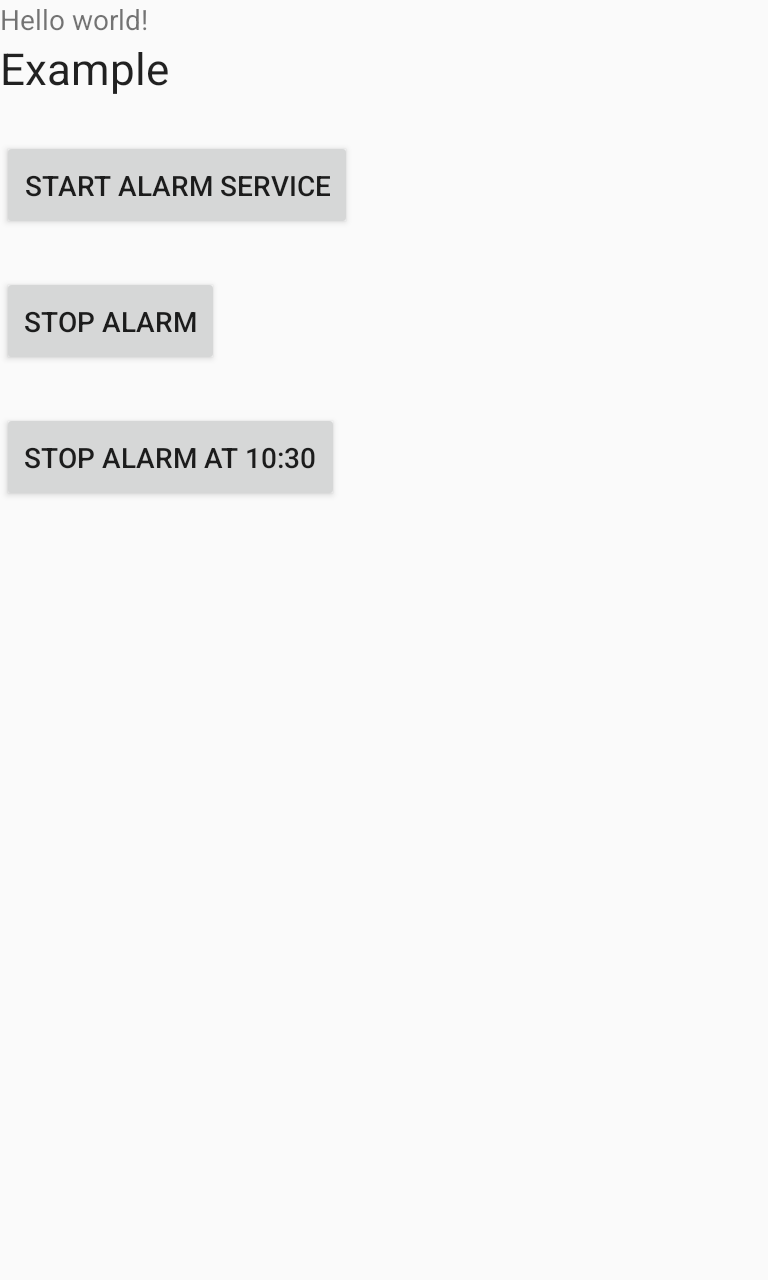
Repository: aludena18/android_apps
Layout: AlarmService/res/layout/activity_main.xml
An editor plug-in stored every save of this project. The layout is shown before and after the next save, followed by the edit.
It is drawn on a 768 x 1280 px phone screen (xhdpi) without system bars, with theme AppTheme; the app's code is not run.

Above is the layout before, as saved 2015-06-26 21:17:15.

After the next save:
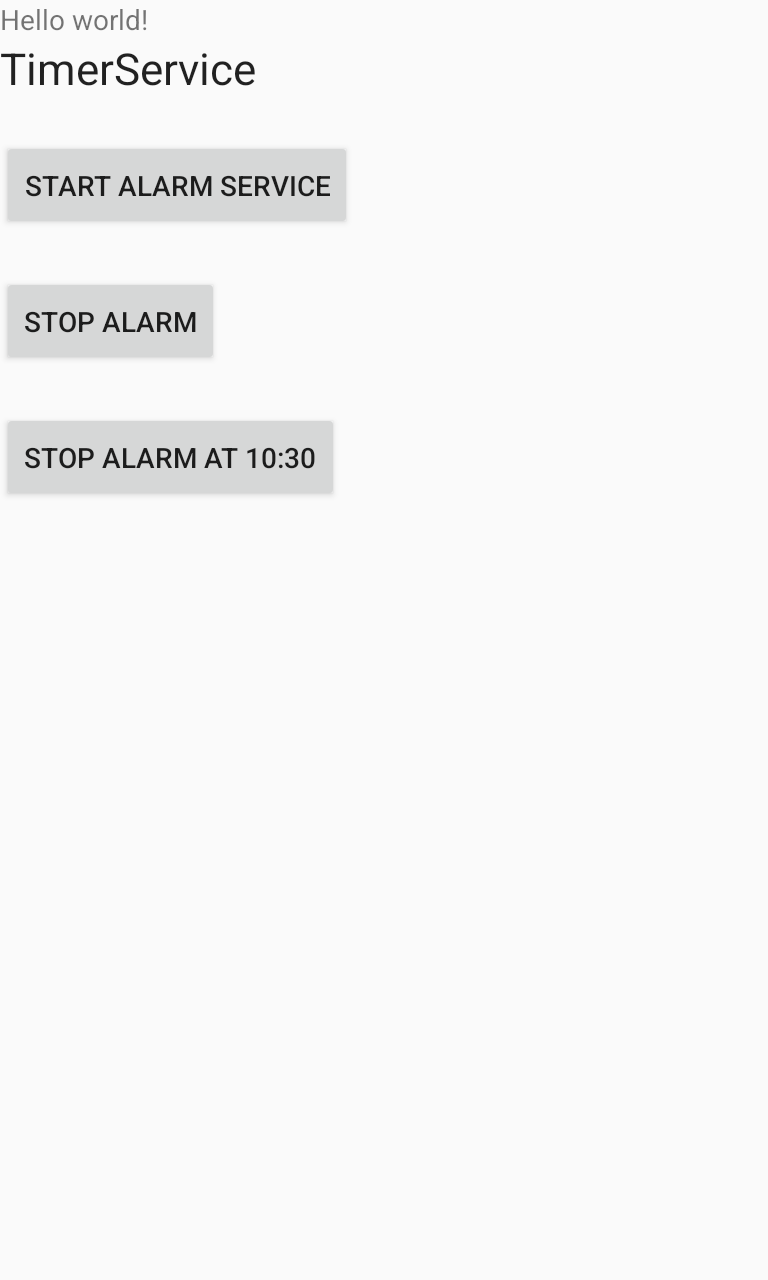
Saved 78 s later.
--- a/AlarmService/res/layout/activity_main.xml
+++ b/AlarmService/res/layout/activity_main.xml
@@ -15,7 +15,7 @@
         android:layout_width="wrap_content"
         android:layout_height="wrap_content"
         android:layout_marginBottom="20dp"
-        android:text="Example"
+        android:text="TimerService"
         android:textAppearance="?android:attr/textAppearanceLarge" />
 
     <Button
